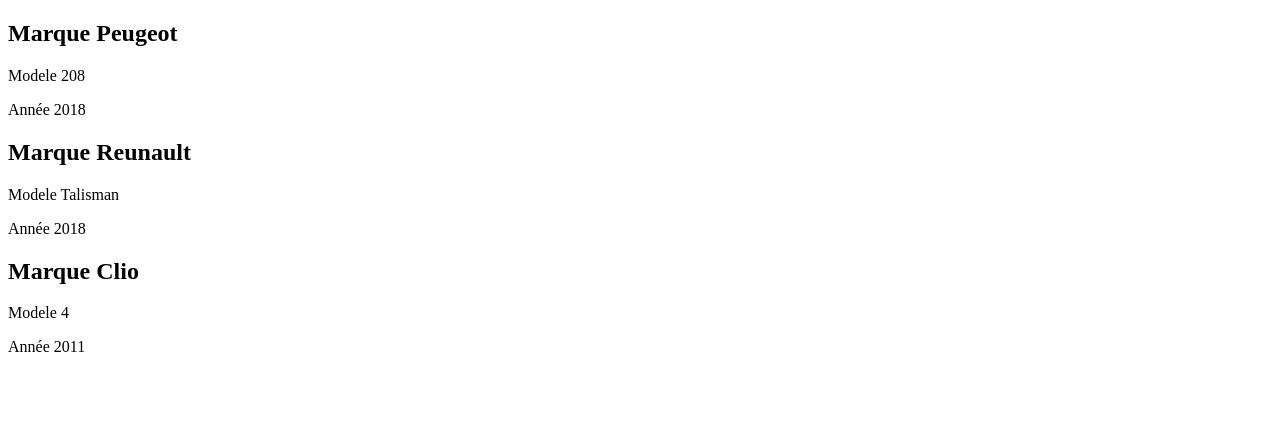
Repository: Coumba25040/coumbaProjet
Page: exoGPT/index.html
The author's editor kept a copy of each file at every save. The page is drawn from the files as they stood at one save, then again after the next save.
The browser window is 1280 px wide. The pictures show the whole page.

Above is the page before, as saved 2025-06-23 09:16:18.

### exoGPT/index.html
<!DOCTYPE html>
<html lang="en">
<head>
    <meta charset="UTF-8">
    <meta name="viewport" content="width=device-width, initial-scale=1.0">
    <title>Document</title>
</head>
<body>

    <div id="container-voiture"></div>

    <script src="main.js"></script>
</body>
</html>

### exoGPT/main.js
// let voitures = [{
//     marque: "clio",
//     modele: "4",
//     annee: 2011

// }]

// voitures.forEach(voiture => {
//     document.write(`<p>Marque ${voiture.marque}</p>`)
//     document.write(`<p>Modele ${voiture.modele}</p>`)
//     document.write(`<p>Année ${voiture.annee}</p>`)

// });


let voitures = [

    {marque: "Clio", modele: "4", annee: 2011},
    {marque: "Peugeot", modele: "208", annee: 2018},
    {marque: "Reunault", modele: "Talisman", annee: 2018}

]

voitures.sort((a, b) => b.annee - a.annee)

let containerVoiture = document.getElementById("container-voiture")


voitures.forEach(({marque, modele, annee}) => {

    containerVoiture.innerHTML += `
    <div class='voiture'>
        <h2>Marque ${marque}</h2>
        <p>Modele ${modele}</p>
        <p>Année ${annee}</p>
    </div>`
});

After the next save:
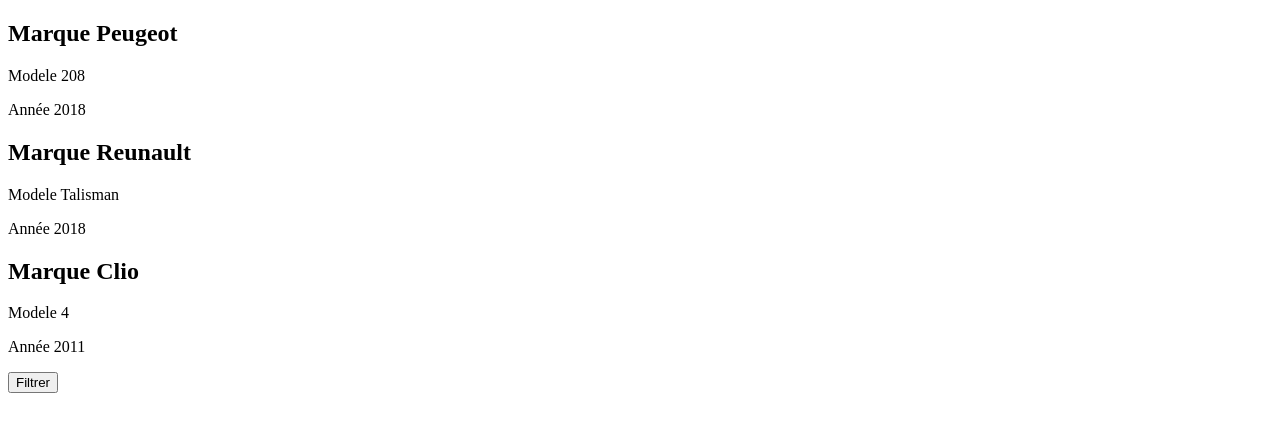
Saved 3 min 39 s later.
--- a/exoGPT/index.html
+++ b/exoGPT/index.html
@@ -8,7 +8,7 @@
 <body>
 
     <div id="container-voiture"></div>
-
+    <button>Filtrer</button>
     <script src="main.js"></script>
 </body>
 </html>
